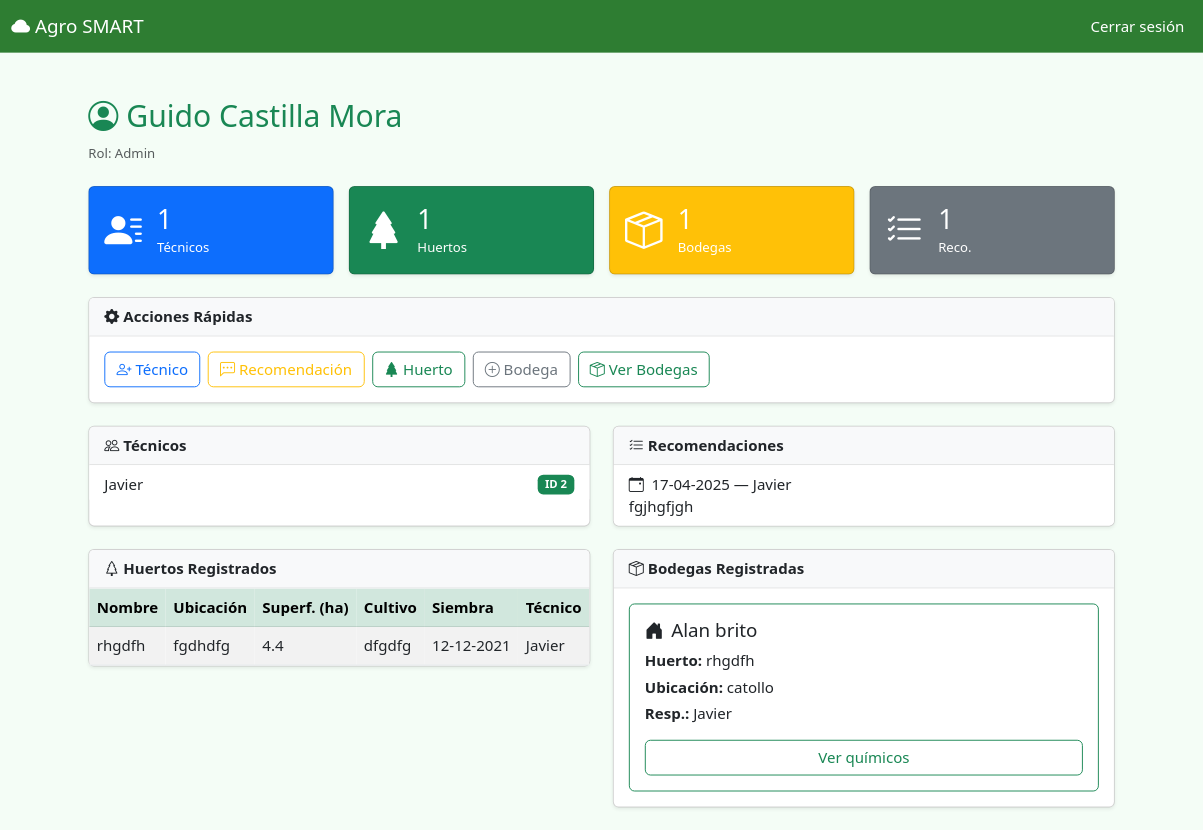
Repository: eikos4/Agrodeskv3
Page: http://localhost/admin/dashboard
These files come from the project's save history. The page is drawn as it stood at one moment and after the next save; the edit follows.
The browser window is 1280 px wide. The pictures show the whole page, at 94% of full size.
The page is served by the project's application, run on Flask 3 (app/__init__.py). The user the application loads for id 1 is signed in. Other server files are loaded and not shown. The page reads the database file committed with the project.

Above is the page before, as saved 2025-04-16 23:37:13.

### app/templates/admin/admin_dashboard.html
{% extends "base.html" %}

{% block title %}Panel Administrativo{% endblock %}

{% block content %}
<div class="container py-4">
  <!-- Encabezado con usuario y notificaciones -->
  <div class="d-flex justify-content-between align-items-center mb-4">
    <div>
      <h2 class="text-success"><i class="bi bi-person-circle"></i> {{ current_user.name }}</h2>
      <small class="text-muted">Rol: {{ current_user.role|capitalize }}</small>
    </div>
    {% if notificaciones %}
    <a href="#" class="btn btn-light position-relative">
      <i class="bi bi-bell-fill fs-4 text-success"></i>
      <span class="position-absolute top-0 start-100 translate-middle badge rounded-pill bg-danger">
        {{ notificaciones|length }}
      </span>
    </a>
    {% endif %}
  </div>

  {% if current_user.role == 'admin' %}
  <!-- Estadísticas generales -->
  <div class="row g-3 mb-4">
    {% set stats = [
      {'icon':'person-lines-fill','count': tecnicos|length, 'label':'Técnicos','color':'primary'},
      {'icon':'tree-fill','count': huertos|length,       'label':'Huertos','color':'success'},
      {'icon':'box-seam','count': bodegas|length,       'label':'Bodegas','color':'warning'},
      {'icon':'list-check','count': ultimas_recomendaciones|length,'label':'Reco.','color':'secondary'}
    ] %}
    {% for item in stats %}
    <div class="col-md-3">
      <div class="card text-white bg-{{ item.color }} shadow-sm h-100">
        <div class="card-body d-flex align-items-center">
          <i class="bi bi-{{ item.icon }} fs-1 me-3"></i>
          <div>
            <h3 class="mb-0">{{ item.count }}</h3>
            <small>{{ item.label }}</small>
          </div>
        </div>
      </div>
    </div>
    {% endfor %}
  </div>

  <!-- Acciones rápidas -->
  <div class="card mb-4 shadow-sm">
    <div class="card-header bg-light"><strong><i class="bi bi-gear-fill"></i> Acciones Rápidas</strong></div>
    <div class="card-body">
      <div class="d-flex flex-wrap gap-2">
        <a class="btn btn-outline-primary" href="{{ url_for('admin.crear_tecnico') }}"><i class="bi bi-person-plus"></i> Técnico</a>
        <a class="btn btn-outline-warning" href="{{ url_for('admin.recomendar') }}"><i class="bi bi-chat-left-dots"></i> Recomendación</a>
        <a class="btn btn-outline-success" href="{{ url_for('admin.crear_huerto') }}"><i class="bi bi-tree-fill"></i> Huerto</a>
        <a class="btn btn-outline-secondary" href="{{ url_for('admin.crear_bodega') }}"><i class="bi bi-plus-circle"></i> Bodega</a>
        <a class="btn btn-outline-success" href="{{ url_for('admin.listar_bodegas') }}"><i class="bi bi-box-seam"></i> Ver Bodegas</a>
      </div>
    </div>
  </div>

  <!-- Sección: Técnicos y Recomendaciones -->
  <div class="row g-4 mb-4">
    <div class="col-lg-6">
      <div class="card h-100 shadow-sm">
        <div class="card-header bg-light"><strong><i class="bi bi-people"></i> Técnicos</strong></div>
        <ul class="list-group list-group-flush">
          {% for t in tecnicos %}
            <li class="list-group-item d-flex justify-content-between align-items-center">
              {{ t.name }} <span class="badge bg-success">ID {{ t.id }}</span>
            </li>
          {% else %}
            <li class="list-group-item text-muted">No hay técnicos.</li>
          {% endfor %}
        </ul>
      </div>
    </div>
    <div class="col-lg-6">
      <div class="card h-100 shadow-sm">
        <div class="card-header bg-light"><strong><i class="bi bi-list-check"></i> Recomendaciones</strong></div>
        <ul class="list-group list-group-flush">
          {% for r in ultimas_recomendaciones %}
            <li class="list-group-item">
              <i class="bi bi-calendar-event me-2"></i>{{ r.fecha.strftime('%d-%m-%Y') }} — {{ r.tecnico.name }}
              <p class="mb-0 text-truncate">{{ r.contenido }}</p>
            </li>
          {% else %}
            <li class="list-group-item text-muted">No hay recomendaciones.</li>
          {% endfor %}
        </ul>
      </div>
    </div>
  </div>

  <!-- Sección: Huertos y Bodegas -->
  <div class="row g-4">
    <div class="col-lg-6">
      <div class="card shadow-sm">
        <div class="card-header bg-light"><strong><i class="bi bi-tree"></i> Huertos Registrados</strong></div>
        <div class="table-responsive">
          <table class="table table-striped mb-0">
            <thead class="table-success">
              <tr><th>Nombre</th><th>Ubicación</th><th>Superf. (ha)</th><th>Cultivo</th><th>Siembra</th><th>Técnico</th></tr>
            </thead>
            <tbody>
              {% for h in huertos %}
              <tr>
                <td>{{ h.nombre }}</td>
                <td>{{ h.ubicacion }}</td>
                <td>{{ h.superficie_ha }}</td>
                <td>{{ h.tipo_cultivo }}</td>
                <td>{{ h.fecha_siembra.strftime('%d-%m-%Y') }}</td>
                <td>{{ h.responsable.name }}</td>
              </tr>
              {% else %}
              <tr><td colspan="6" class="text-center text-muted">No hay huertos.</td></tr>
              {% endfor %}
            </tbody>
          </table>
        </div>
      </div>
    </div>
    <div class="col-lg-6">
      <div class="card shadow-sm">
        <div class="card-header bg-light"><strong><i class="bi bi-box-seam"></i> Bodegas Registradas</strong></div>
        <div class="card-body">
          <div class="row row-cols-1 g-3">
            {% for b in bodegas %}
            <div class="col">
              <div class="card border-success h-100">
                <div class="card-body d-flex flex-column justify-content-between">
                  <div>
                    <h5><i class="bi bi-house-door-fill me-2"></i>{{ b.nombre }}</h5>
                    <p class="mb-1"><strong>Huerto:</strong> {{ b.huerto.nombre if b.huerto else '—' }}</p>
                    <p class="mb-1"><strong>Ubicación:</strong> {{ b.ubicacion or '—' }}</p>
                    <p class="mb-0"><strong>Resp.:</strong> {{ b.responsable.name if b.responsable else '—' }}</p>
                  </div>
                  <a href="{{ url_for('admin.ver_quimicos', bodega_id=b.id) }}" class="btn btn-outline-success mt-3">Ver químicos</a>
                </div>
              </div>
            </div>
            {% else %}
            <div class="col"><div class="alert alert-info text-center mb-0">No hay bodegas.</div></div>
            {% endfor %}
          </div>
        </div>
      </div>
    </div>
  </div>

  {% endif %}
</div>
{% endblock %}

### app/templates/base.html
<!DOCTYPE html>
<html lang="es">
<head>
    <meta charset="UTF-8">
    <title>{% block title %}AgroSMART{% endblock %}</title>
    <meta name="viewport" content="width=device-width, initial-scale=1">

    <!-- Bootstrap 5 -->
    <link href="https://cdn.jsdelivr.net/npm/bootstrap@5.3.0/dist/css/bootstrap.min.css" rel="stylesheet">

    <!-- Iconos de Bootstrap -->
    <link href="https://cdn.jsdelivr.net/npm/bootstrap-icons@1.10.5/font/bootstrap-icons.css" rel="stylesheet">

    <style>
        body {
            background-color: #f4fdf6;
        }
        .navbar-agro {
            background-color: #2e7d32; /* Verde oscuro */
        }
        .navbar-agro .nav-link,
        .navbar-agro .navbar-brand {
            color: #ffffff !important;
        }
        .navbar-agro .nav-link:hover {
            color: #c8e6c9 !important;
        }
        .btn-agro {
            background-color: #43a047;
            color: white;
        }
        .btn-agro:hover {
            background-color: #388e3c;
        }
    </style>
</head>
<body>

<nav class="navbar navbar-expand-lg navbar-agro">
  <div class="container-fluid">
    <a class="navbar-brand" href="{{ url_for('main.index') }}">
        <i class="bi bi-cloud-fill"></i> Agro SMART
    </a>
    <button class="navbar-toggler" type="button" data-bs-toggle="collapse" data-bs-target="#navbarNav">
      <span class="navbar-toggler-icon"></span>
    </button>
    <div class="collapse navbar-collapse justify-content-end" id="navbarNav">
      <ul class="navbar-nav">
        {% if current_user.is_authenticated %}
          <li class="nav-item">
            <a class="nav-link" href="{{ url_for('auth.logout') }}">Cerrar sesión</a>
          </li>
        {% endif %}
      </ul>
    </div>
  </div>
</nav>

<div class="container mt-4">
  {% with messages = get_flashed_messages(with_categories=true) %}
    {% if messages %}
      {% for category, message in messages %}
        <div class="alert alert-{{ category }} alert-dismissible fade show" role="alert">
          {{ message }}
          <button type="button" class="btn-close" data-bs-dismiss="alert" aria-label="Close"></button>
        </div>
      {% endfor %}
    {% endif %}
  {% endwith %}

  {% block content %}{% endblock %}
</div>

<!-- Bootstrap JS (opcional para alertas, menú móvil, etc.) -->
<script src="https://cdn.jsdelivr.net/npm/bootstrap@5.3.0/dist/js/bootstrap.bundle.min.js"></script>
</body>
</html>

### app/__init__.py
from flask import Flask, render_template
from flask_sqlalchemy import SQLAlchemy
from flask_login import LoginManager
from flask_migrate import Migrate
import os

db = SQLAlchemy()
login_manager = LoginManager()
migrate = Migrate()

def create_app():
    app = Flask(__name__)

    # Cargar la configuración del objeto Config definido en config.py.
    # Se recomienda usar variables de entorno para datos sensibles.
    app.config.from_object('config.Config')

    # Inicializar extensiones
    db.init_app(app)
    login_manager.init_app(app)
    migrate.init_app(app, db)

    # Configurar el login manager
    login_manager.login_view = "auth.login"        # Ruta o endpoint de la página de login
    login_manager.login_message_category = "info"   # Categoría para mensajes flash

    # Importar los modelos después de inicializar las extensiones para evitar ciclos
    from app.models import User

    @login_manager.user_loader
    def load_user(user_id):
        return User.query.get(int(user_id))

    # Registro de Blueprints
    from .routes.auth import auth_bp
    from .routes.admin import admin_bp
    from .routes.tecnico import tecnico_bp  # type: ignore
    from .routes.main import main_bp
    from flask_login import current_user

    app.register_blueprint(auth_bp)
    app.register_blueprint(admin_bp)
    app.register_blueprint(tecnico_bp)
    app.register_blueprint(main_bp)

    # Registro de manejadores de errores personalizados
    @app.errorhandler(404)
    def not_found_error(error):
        return render_template("404.html"), 404

    @app.context_processor
    def inject_user():
        return dict(user=current_user)


    @app.errorhandler(500)
    def internal_error(error):
        # Rollback de la sesión si ocurre un error interno para evitar bloqueos de transacciones
        db.session.rollback()
        return render_template("500.html"), 500

    return app

### app/routes/admin.py
from flask import Blueprint, render_template, redirect, url_for, flash, request
from flask_login import login_required, current_user
from werkzeug.security import generate_password_hash
from functools import wraps
from app.forms import CreateTechnicianForm, RecommendationForm, HuertoForm, BodegaForm
from app.models import User, Recomendacion, Huerto, Bodega
from app import db

admin_bp = Blueprint('admin', __name__)

# Decorador para asegurar que el usuario tenga rol de administrador
def admin_required(f):
    @wraps(f)
    def decorated_function(*args, **kwargs):
        if current_user.role != 'admin':
            flash("Acceso no autorizado", "danger")
            return redirect(url_for('main.dashboard'))
        return f(*args, **kwargs)
    return decorated_function

@admin_bp.route('/crear_tecnico', methods=['GET', 'POST'])
@login_required
@admin_required
def crear_tecnico():
    form = CreateTechnicianForm()
    if form.validate_on_submit():
        hashed_pw = generate_password_hash(form.password.data)
        new_user = User(
            name=form.name.data,
            email=form.email.data,
            password=hashed_pw,
            role="tecnico",
            created_by=current_user.id
        )
        db.session.add(new_user)
        db.session.commit()
        flash("Técnico creado exitosamente", "success")
        return redirect(url_for('main.dashboard'))
    return render_template("crear_tecnico.html", form=form)

@admin_bp.route('/recomendar', methods=['GET', 'POST'])
@login_required
@admin_required
def recomendar():
    form = RecommendationForm()
    form.tecnico_id.choices = [(u.id, u.name) for u in User.query.filter_by(role="tecnico").all()]
    if form.validate_on_submit():
        recomendacion = Recomendacion(
            contenido=form.contenido.data,
            tecnico_id=form.tecnico_id.data
        )
        db.session.add(recomendacion)
        db.session.commit()
        flash("Recomendación asignada", "success")
        return redirect(url_for('main.dashboard'))
    return render_template("recomendar.html", form=form)

@admin_bp.route('/crear_huerto', methods=['GET', 'POST'])
@login_required
@admin_required
def crear_huerto():
    form = HuertoForm()
    # Llena el select con los técnicos disponibles
    form.responsable_id.choices = [(t.id, t.name) for t in User.query.filter_by(role="tecnico").all()]
    if form.validate_on_submit():
        nuevo_huerto = Huerto(
            nombre=form.nombre.data,
            ubicacion=form.ubicacion.data,
            superficie_ha=form.superficie_ha.data,
            tipo_cultivo=form.tipo_cultivo.data,
            fecha_siembra=form.fecha_siembra.data,
            responsable_id=form.responsable_id.data
        )
        db.session.add(nuevo_huerto)
        db.session.commit()
        flash("Huerto creado exitosamente ✅", "success")
        return redirect(url_for('main.dashboard'))
    return render_template("huerto_form.html", form=form)

@admin_bp.route('/bodegas')
@login_required
@admin_required
def listar_bodegas():
    bodegas = Bodega.query.order_by(Bodega.nombre.asc()).all()
    return render_template("bodegas.html", bodegas=bodegas)

@admin_bp.route('/crear_bodega', methods=['GET', 'POST'])
@login_required
@admin_required
def crear_bodega():
    form = BodegaForm()
    # Cargar huertos y técnicos
    form.huerto_id.choices = [(h.id, h.nombre) for h in Huerto.query.all()]
    form.responsable_id.choices = [(0, "--- Sin asignar ---")] + [(t.id, t.name) for t in User.query.filter_by(role="tecnico")]
    if form.validate_on_submit():
        responsable_id = form.responsable_id.data if form.responsable_id.data != 0 else None
        nueva_bodega = Bodega(
            nombre=form.nombre.data,
            ubicacion=form.ubicacion.data,
            huerto_id=form.huerto_id.data,
            responsable_id=responsable_id
        )
        db.session.add(nueva_bodega)
        db.session.commit()
        flash("Bodega registrada correctamente ✅", "success")
        return redirect(url_for('admin.listar_bodegas'))
    return render_template("bodega_form.html", form=form)

@admin_bp.route('/bodega/<int:bodega_id>/quimicos')
@login_required
@admin_required
def ver_quimicos(bodega_id):
    # Aquí podrías expandir la lógica para listar químicos de la bodega
    return f"Químicos de la bodega {bodega_id}"

@admin_bp.route('/admin/dashboard')
@login_required
@admin_required
def admin_dashboard():
    bodegas = Bodega.query.order_by(Bodega.nombre.asc()).all()
    tecnicos = User.query.filter_by(role='tecnico').all()
    huertos = Huerto.query.order_by(Huerto.nombre.asc()).all()       # <-- Añadido
    ultimas_recomendaciones = (
        Recomendacion.query
        .order_by(Recomendacion.fecha.desc())
        .limit(5)
        .all()
    )
    return render_template(
        'admin/admin_dashboard.html',
        bodegas=bodegas,
        tecnicos=tecnicos,
        huertos=huertos,                                          # <-- Añadido
        ultimas_recomendaciones=ultimas_recomendaciones
    )

@admin_bp.route('/admin/actualizar_recomendacion/<int:recomendacion_id>', methods=['POST'])
@login_required
@admin_required
def actualizar_recomendacion(recomendacion_id):
    recomendacion = Recomendacion.query.get_or_404(recomendacion_id)
    recomendacion.estado = request.form['estado']
    db.session.commit()
    flash("Estado de la recomendación actualizado exitosamente", "success")
    return redirect(url_for('admin.admin_dashboard'))

### instance/agrocloud.db (the tables this page reads, as SQL)
CREATE TABLE bodegas (
	id INTEGER NOT NULL, 
	nombre VARCHAR(100) NOT NULL, 
	ubicacion VARCHAR(100), 
	responsable_id INTEGER, 
	huerto_id INTEGER NOT NULL, 
	created_at DATETIME, 
	updated_at DATETIME, 
	PRIMARY KEY (id), 
	FOREIGN KEY(huerto_id) REFERENCES huertos (id), 
	FOREIGN KEY(responsable_id) REFERENCES users (id)
);
INSERT INTO "bodegas" VALUES
(1, 'Alan brito', 'catollo', 2, 1, '2025-04-17 23:33:51.121613', '2025-04-17 23:33:51.121618');

CREATE TABLE huertos (
	id INTEGER NOT NULL, 
	nombre VARCHAR(100) NOT NULL, 
	ubicacion VARCHAR(200), 
	superficie_ha FLOAT, 
	tipo_cultivo VARCHAR(100), 
	fecha_siembra DATE, 
	responsable_id INTEGER, 
	created_at DATETIME, 
	updated_at DATETIME, 
	PRIMARY KEY (id), 
	FOREIGN KEY(responsable_id) REFERENCES users (id)
);
INSERT INTO "huertos" VALUES
(1, 'rhgdfh', 'fgdhdfg', 4.4, 'dfgdfg', '2021-12-12', 2, '2025-04-17 23:33:06.089359', '2025-04-17 23:33:06.089369');

CREATE TABLE recomendacion (
	id INTEGER NOT NULL, 
	contenido TEXT NOT NULL, 
	fecha DATETIME, 
	categoria VARCHAR(100), 
	estado VARCHAR(20), 
	adjunto VARCHAR(200), 
	tecnico_id INTEGER, 
	autor_id INTEGER, 
	PRIMARY KEY (id), 
	FOREIGN KEY(autor_id) REFERENCES users (id), 
	FOREIGN KEY(tecnico_id) REFERENCES users (id)
);
INSERT INTO "recomendacion" VALUES
(1, 'fgjhgfjgh', '2025-04-17 23:45:08.317837', NULL, 'pendiente', NULL, 2, NULL);

CREATE TABLE users (
	id INTEGER NOT NULL, 
	name VARCHAR(100) NOT NULL, 
	email VARCHAR(150) NOT NULL, 
	password VARCHAR(200) NOT NULL, 
	role VARCHAR(20) NOT NULL, 
	created_by INTEGER, 
	created_at DATETIME, 
	updated_at DATETIME, 
	PRIMARY KEY (id), 
	FOREIGN KEY(created_by) REFERENCES users (id)
);
INSERT INTO "users" VALUES
(1, 'Guido Castilla Mora', 'guido@agrocloud.cl', 'scrypt:32768:8:1$UcWMlIv4oViOaPQj$4d5777988d157cd96fb4feac4110ea1bd0b5c715f32791a37922e6941c228e9e4a723003b095e46d76f2f310074ab29ee94bd776404a8144e13cb43c19d4e559', 'admin', NULL, '2025-04-17 23:16:18.435664', '2025-04-17 23:16:18.435670'),
(2, 'Javier', 'swap.1319@gmail.com', 'scrypt:32768:8:1$6y2Fs4lw9H8hl7u6$885c992452306bc98f13c96bcb742ceadf1163ed18b430c5432c8e8348a8c488ac66ad511bedece8ab926819446097d01a13d8a0e0b2642220f0106ab8d197e6', 'tecnico', 1, '2025-04-17 23:17:48.669882', '2025-04-17 23:18:13.070963');

After the next save:
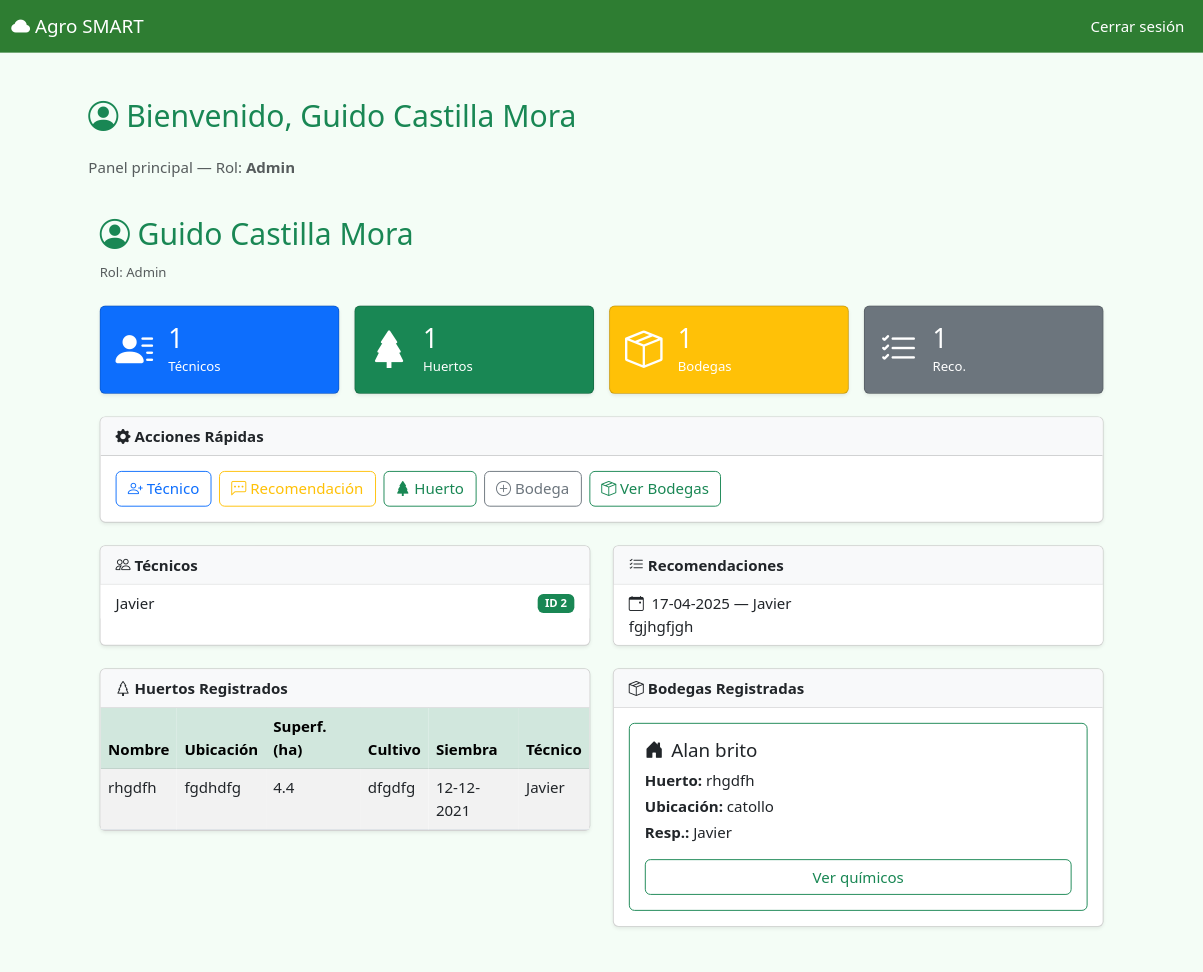
Saved 29 s later.
--- a/app/templates/admin/admin_dashboard.html
+++ b/app/templates/admin/admin_dashboard.html
@@ -3,6 +3,26 @@
 {% block title %}Panel Administrativo{% endblock %}
 
 {% block content %}
+
+<div class="container py-4">
+
+  <!-- Título del panel -->
+  <h2 class="mb-4 text-success">
+    <i class="bi bi-person-circle"></i> Bienvenido, {{ current_user.name }}
+  </h2>
+  <p class="text-muted">Panel principal — Rol: <strong>{{ current_user.role|capitalize }}</strong></p>
+
+  {% if notificaciones %}
+  <!-- Notificaciones -->
+  <div class="alert alert-light border-start border-4 border-success shadow-sm mb-4">
+    <h5><i class="bi bi-bell-fill text-success"></i> Notificaciones</h5>
+    <ul class="mb-0 ps-3">
+      {% for n in notificaciones %}
+        <li><strong>{{ n.titulo }}</strong> — {{ n.mensaje }} <small class="text-muted">({{ n.fecha.strftime('%d-%m-%Y') }})</small></li>
+      {% endfor %}
+    </ul>
+  </div>
+  {% endif %}
 <div class="container py-4">
   <!-- Encabezado con usuario y notificaciones -->
   <div class="d-flex justify-content-between align-items-center mb-4">
